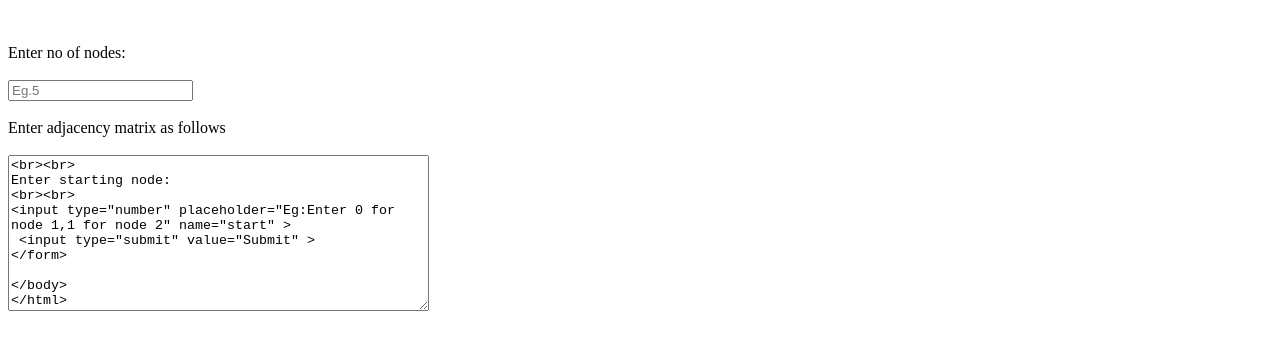
Repository: vinaybabu3962/ALGORITHMIC-TOOLBOX
Page: DAA_WT/webapp/Dijkstras.html
These files come from the project's save history. The page is drawn as it stood at one moment and after the next save; the edit follows.
The browser window is 1280 px wide. The pictures show the whole page.

Above is the page before, as saved 2021-07-04 09:55:08.

### DAA_WT/webapp/Dijkstras.html
<!DOCTYPE html>
<html>
<head>
<meta charset="ISO-8859-1">
<title>Dikstras</title>
</head>
<body>
<form action="dijkstra" method="POST">
<br><br>Enter no of nodes:
<br><br>
<input type="number" name="count" placeholder="Eg.5"  >
<br><br>
Enter adjacency matrix as follows
<br><br>
<textarea id="w3review" name="matrix" rows="10" cols="50">
<br><br>
Enter starting node:
<br><br>
<input type="number" placeholder="Eg:Enter 0 for node 1,1 for node 2" name="start" >
 <input type="submit" value="Submit" >
</form>

</body>
</html>

After the next save:
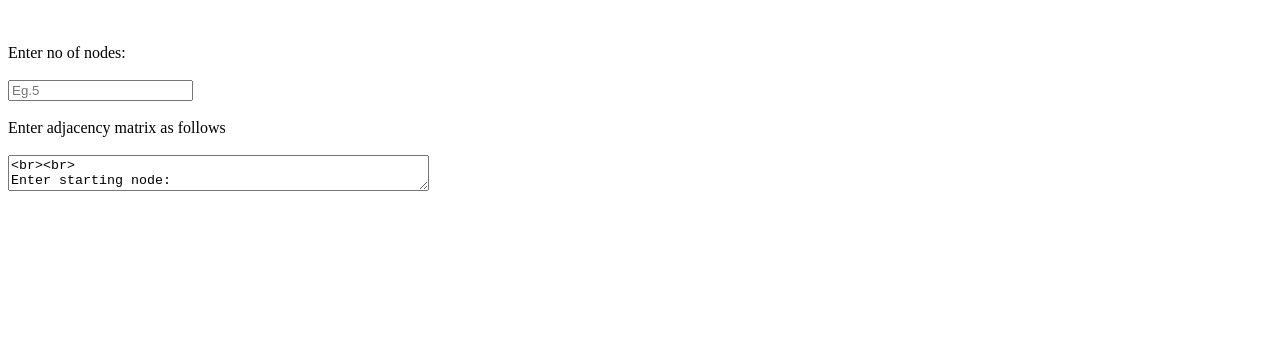
Saved 57 s later.
--- a/DAA_WT/webapp/Dijkstras.html
+++ b/DAA_WT/webapp/Dijkstras.html
@@ -12,7 +12,7 @@
 <br><br>
 Enter adjacency matrix as follows
 <br><br>
-<textarea id="w3review" name="matrix" rows="10" cols="50">
+<textarea id="w3review" name="matrix" placeholder="Eg:[[1,2,3,4,5]+"\n"+[6,7,8,9,10]]"rows="10" cols="50">
 <br><br>
 Enter starting node:
 <br><br>
